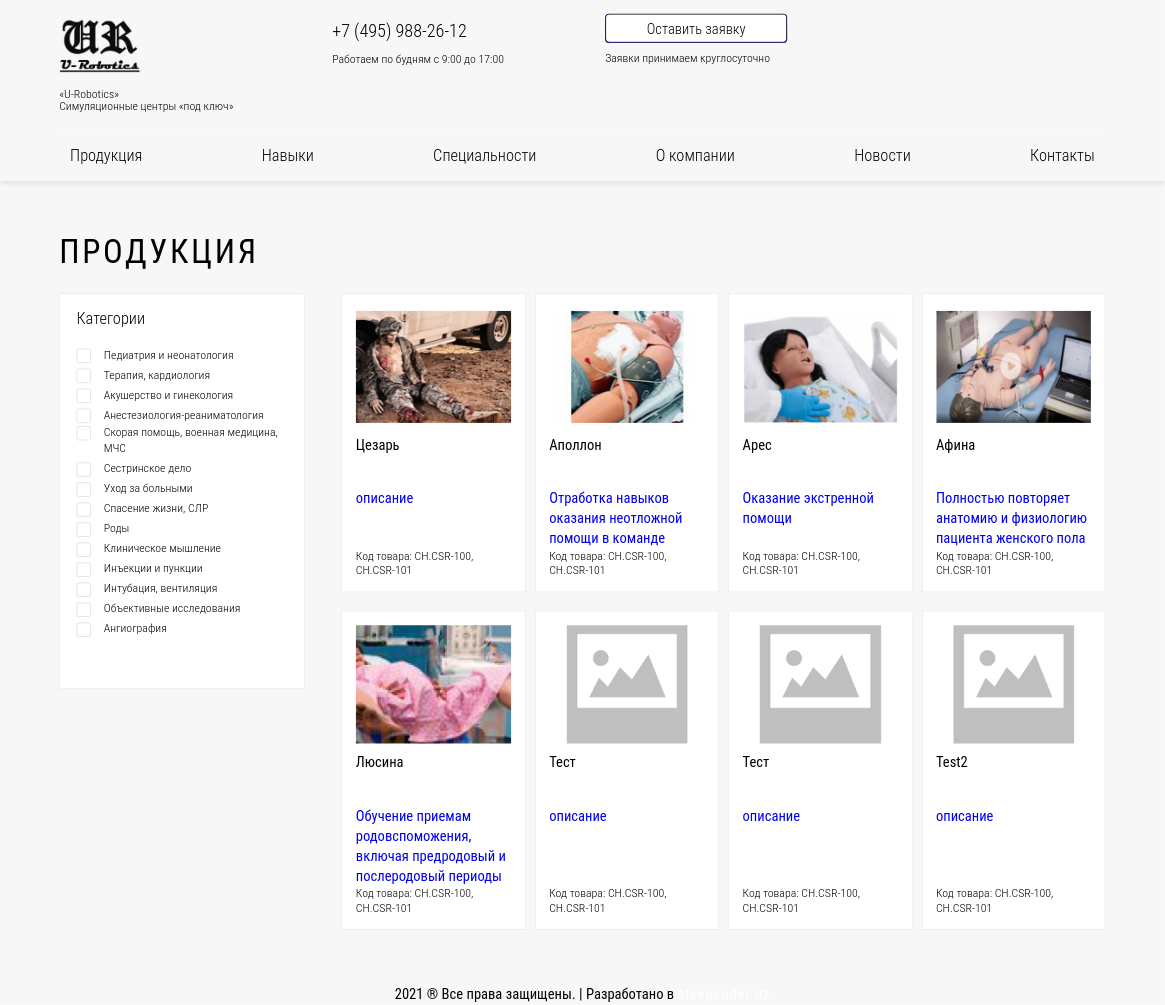
Repository: remrtehno/hotel
Page: http://localhost/products
An editor plug-in stored every save of this project. The page is shown before and after a run of saves, followed by the edit.
The browser window is 1280 px wide. The pictures show the whole page, at 91% of full size.
Some web fonts or font styles are not loaded; a fallback is used. The page is served by the project's Laravel application, run on PHP 8.4 with Laravel 8. Other server files are loaded and not shown. The database holds what the project's SQL file puts in it.

Above is the page before, as saved 2021-04-23 20:11:34.

### routes/web.php
<?php

/*
|--------------------------------------------------------------------------
| Web Routes
|--------------------------------------------------------------------------
|
| Here is where you can register web routes for your application. These
| routes are loaded by the RouteServiceProvider within a group which
| contains the "web" middleware group. Now create something great!
|
*/

Route::get('/', "MainController@index")->name("index");
Route::get('/catalog', "MainController@catalog")->name("catalog");
Route::get('/products', "MainController@products")->name("products");
Route::get('/category/{slug}', "MainController@category")->name("category");
Route::get('/detail/{slug}', "MainController@detail")->name("detail");
Route::get('/newsdetail/{slug}', "MainController@newsdetail")->name("newsdetail");
Route::get('/gallery', "MainController@gallery")->name("gallery");
Route::get('/news', "MainController@news")->name("news");
Route::get('/about', "MainController@about")->name("about");
Route::get('/video', "MainController@video")->name("video");
Route::get('/contact', "MainController@contact")->name("contact");
Route::get('/stocks', "MainController@stocks")->name("stocks");
Route::get('/services', "MainController@services")->name("services");
Route::get('/servicesdetail/{id}', "MainController@servicesdetail")->name("servicesdetail");




Route::group(['prefix'=>'admin','namespace'=>'Admin','middleware'=>'auth'], function(){

    Route::get('/', 'MainController@index');
    Route::resource('/post','ProductController');
    Route::resource('/category','CategoryController');
    Route::resource('/slider','SliderController');
    Route::resource('/services','ServicesController');
    Route::resource('/about','AboutController');
    Route::resource('/news','NewsController');
    Route::resource('/video','VideoController');
    Route::resource('/contact','ContactController');
    Route::resource('/logo','LogoController');
    Route::resource('/stock','StockController');
});

Auth::routes();

Route::get('/home', 'HomeController@index')->name('home');

### app/ProdCat.php
<?php
namespace App;

use Cviebrock\EloquentSluggable\Sluggable;
use Illuminate\Database\Eloquent\Model;
use Illuminate\Support\Facades\Storage;
use Intervention\Image\Facades\Image;

class ProdCat extends Model
{
    use Sluggable;
    protected $table = "prod_cats";
    protected $fillable = ['title', 'img'];

    public function products()
    {
        return $this->hasMany("App\Product");
    }

    public static function add($fields)
    {
        $cat = new static;
        $cat->fill($fields);
        $cat->save();
        return $cat;
    }

    public function edit($fields)
    {
        $this->fill($fields);
        $this->save();
    }

    public function uploadImage($image)
    {
        if ($image == null) {
            return;
        }




        $this->removeImage();
        $filename = str_random(10) . '.' . $image->extension();
        $pat = public_path('/uploads/categories/'.$filename);
        ini_set('memory_limit', '256M');
        $img = Image::make($image);
        $img->backup();
        $img->fit(125, 100)->save($pat, 90);
        $img->reset();
        $img->backup();
        $this->img = $filename;
        $this->save();
    }


    public function getImage()
    {
        if ($this->img == null) {
            return '/uploads/categories/no-image.jpg';
        }
        return '/uploads/categories/' . $this->img;
    }


    public function removeImage()
    {
        if ($this->img != "") {
            Storage::delete('/uploads/categories/' . $this->img);
        }
    }

    public static function getCategory()
    {
        $cat = self::all();
        return $cat;
    }

    public function sluggable(): array
    {
        return [
            'slug' => [
                'source' => 'title'
            ]
        ];
    }
}

### resources/views/products/index.blade.php
@extends("main.main")



@section('content')

    <br>
    <br>
    <div class="container">
        <div class="page-title">
            <h1>Продукция</h1>
        </div>

        <div class="content">
            <aside class="sidebar">
                <!-- BEGIN FILTER -->
                <form class="filter" action="">
                    <!-- Sort Fields -->
                    <input type="hidden" name="sortby" value="menuindex">
                    <input type="hidden" name="sortdir" value="ASC">
                    <!-- Sort End -->


                    <div class="filter__section">
                        <p class="filter__title">Категории</p>

                        @foreach ($cat as $item)

                            <a href="{{ route('category', ['slug' => $item->slug]) }}" class="form__checkbox">
                                <label for="check32">
                                    <span>{{ $item->title }}</span>
                                </label>
                            </a>

                        @endforeach




                    </div>


                </form>
                <!-- END FILTER -->
            </aside>
            <!-- BEGIN PRODUCTS -->
            <div class="products">

                @foreach ($products as $item)
                    <a class="products__item" href="{{ route('detail', ['slug' => $item->slug]) }}">
                        <div class="products__img">
                            <img src="{{ $item->getImage() }}" alt="{{ $item->getImage() }}">
                        </div>
                        <p class="products__name">{{ $item->title }}</p>
                        <p class="products__desc">{!! str_limit($item->anonce, 350) !!}</p>
                        <p class="products__code">Код товара: CH.CSR-100, CH.CSR-101</p>
                    </a>

                @endforeach
            </div>

            <!-- END PRODUCTS -->
        </div>



    @endsection

### resources/views/main/main.blade.php
<!DOCTYPE html>
<html lang="en-US">

<head>
    <meta charset="UTF-8" />
    <meta name="viewport" content="width=device-width, initial-scale=1, maximum-scale=1">
    <meta name="keywords" content="{{ $meta_key }}">
    <meta name="description" content="{{ $meta_desc }}">


    <link rel="preconnect" href="https://fonts.gstatic.com">
    <link
        href="https://fonts.googleapis.com/css2?family=Roboto+Condensed:ital,wght@0,300;0,400;0,700;1,300&display=swap"
        rel="stylesheet">
    <link rel="icon" type="image/png" href="">
    <link href="css/slick.css" rel="stylesheet">
    <link href="css/slicknav.css" rel="stylesheet">
    <link href="css/jquery.fancybox.min.css" rel="stylesheet">
    <link href="css/styles.min.css" rel="stylesheet">
    <link href="css/template170321.css" rel="stylesheet">
    <link rel="stylesheet" href="css/style-new.css">

    <!--[if IE 8]>
    <link rel="stylesheet" type="text/css"
          href="/public/fazka/css/vc-ie8.css" media="screen">
    <![endif]-->
</head>



@include("lib.header")

<main>
    @yield("slider")




    @yield("userwrap")


    @yield("content")



</main>

    <!-- /.container -->
    <div class="copyright" style="text-align: center;">
        2021 ® Все права защищены.
        | Разработано в <a style="display: inline; color: white; letter-spacing: 1px;"
            href="http://steepcoder.uz/site">steepcoder.uz</a>
    </div>
    <!-- /.copyright -->
</footer>






<script src="js/jquery.3.2.1.min.js"></script>


<script src="js/svg4everybody.min.js"></script>
<script src="js/slick.min.js"></script>
<script src="js/jquery.slicknav.js"></script>
<script src="js/scripts.js"></script>

</body>

</html>

### resources/views/lib/header.blade.php
<header>
  <div class="container">
      <!-- BEGIN HEADERBAR-->
      <div class="headerbar">
          <div class="headerbar__row">
              <div class="headerbar__logo">
                  <a href="">
                      <img src="/uploads/logo/logo.png" alt="">
                      <p>«U-Robotics» <br> Симуляционные центры «под ключ»</p>
                  </a>
              </div>
              <div class="headerbar__info">
                  <a class="headerbar__tel" href="tel:74959882612">+7 (495) 988-26-12</a>
                  <p>Работаем по будням с 9:00 до 17:00</p>
              </div>
              <div class="headerbar__request">
                  <a class="js-modal-show" data-target="js-request"><span>Оставить заявку</span></a>

                  <p>Заявки принимаем круглосуточно</p>
              </div>
          </div>
      </div>
      <!-- END HEADERBAR -->
      <!-- BEGIN NAVBAR -->
      <nav class="navbar wr">
          <div class="slicknav_menu"><a href="#" aria-haspopup="true" role="button" tabindex="0" class="slicknav_btn slicknav_collapsed"><span class="slicknav_menutxt"></span><span class="slicknav_icon slicknav_no-text"><span class="slicknav_icon-bar"></span><span class="slicknav_icon-bar"></span><span class="slicknav_icon-bar"></span></span></a>
              <ul class="slicknav_nav slicknav_hidden" aria-hidden="true" role="menu" style="display: none;">
                  <li><a href="produkciya.html" role="menuitem" tabindex="-1">Продукция</a></li>
                  <li><a href="navyki.html" role="menuitem" tabindex="-1">Навыки</a></li>
                  <li><a href="specialnosti.html" role="menuitem" tabindex="-1">Специальности</a></li>
                  <li><a href="o-kompanii.html" role="menuitem" tabindex="-1">О компании</a></li>
                  <li><a href="novosti.html" role="menuitem" tabindex="-1">Новости</a></li>
                  <li><a href="kontakty.html" role="menuitem" tabindex="-1">Контакты</a></li>
              </ul>
          </div>
          <ul class="navbar__menu">
              <li><a href="produkciya.html">Продукция</a></li>
              <li><a href="navyki.html">Навыки</a></li>
              <li><a href="specialnosti.html">Специальности</a></li>
              <li><a href="o-kompanii.html">О компании</a></li>
              <li><a href="novosti.html">Новости</a></li>
              <li><a href="kontakty.html">Контакты</a></li>
          </ul>
      </nav>
      <!-- END NAVBAR  -->
  </div>
</header>

### public/css/template170321.css
.page-title h1 {
	text-transform: uppercase;
	font-size: 36px;
	letter-spacing: 3px;
}

.has-error {
	border: 1px solid red!important;
}

.search_title {
	padding: 10px 10px 10px 16px;
	background-color: #fff;
}

.search_title a {
	color: #5e42fc;
	border-bottom: 1px solid rgba(143, 11, 11, .2);
	-webkit-transition: all .3s linear;
	transition: all .3s linear;
	font-size: 18px;
	font-weight: 300;
}

.search_extract {
	padding: 0px 10px 10px 16px;
	background-color: #fff;
}

.evoSearch_info {
	padding: 15px 10px 15px 16px;
	background-color: #fff;
	margin-bottom: 20px;
	font-size: 20px;
}

.js-modal-show {
	cursor: pointer;
}

.other-feedback {
	margin-top: 20px;
}

.product__txt a {
	color: #5e42fc;
	border-bottom: 1px solid #5e42fc;
	-webkit-transition: all .3s linear;
	transition: all .3s linear;
	font-size: 18px;
	font-weight: 300;
}

.filter__hidden,
.form__checkbox {
	transition: all .3s linear;
}

.product__header-center {
	box-sizing: border-box;
	margin-left: 25px;
	margin-right: 25px;
	word-wrap: break-word;
}

.product__txt ul li {
	list-style-type: disc;
	list-style-position: outside;
	margin-left: 20px;
}

.product__txt ol li {

}

.product__txt ol {
	padding-left: inherit;
}
.banner__caption {
	display: flex;
	align-items: center;
	justify-content: center;
	padding-top: initial;
	top: -20px;
}
.banner__txt{
	font-size: 35px;
}

.news__desc h3 {
    min-height: 90px;
}

.social ul {
    margin: 30px 0 0;
    padding: 0;
    list-style: none;
    display: -webkit-box;
    display: -ms-flexbox;
    display: flex;
    -webkit-box-align: center;
    -ms-flex-align: center;
    align-items: center;
    -webkit-box-pack: end;
    -ms-flex-pack: end;
    justify-content: start;
}
.social ul li:first-child {
    margin-left: 0;
}
.social ul li {
    margin-left: 25px;
}
.social ul li a {
    display: block;
    width: 26px;
    height: 21px;
}
.social ul li a svg {
    width: 100%;
    height: 100%;
    fill: #5e42fc;
    -webkit-transition: .3s linear;
    transition: .3s linear;
}
.social ul li a:hover svg {
    fill: #5e42fc;
		opacity: 0.7;
}

.contacts__map {
    height: 270px;
}

@media screen and (max-width: 1199px){
	.banner__txt {
		font-size: 38px;

	}
	.social ul {
    -webkit-box-pack: center;
    -ms-flex-pack: center;
    justify-content: center;
}
}

@media screen and (max-width: 991px){
	.banner__txt {

		font-size: 32px;
	}
}

### med.sql (the tables this page reads)
CREATE TABLE `prod_cats` (
  `id` bigint(20) UNSIGNED NOT NULL,
  `title` varchar(255) COLLATE utf8mb4_unicode_ci NOT NULL,
  `description` text COLLATE utf8mb4_unicode_ci,
  `slug` varchar(255) COLLATE utf8mb4_unicode_ci NOT NULL,
  `img` varchar(255) COLLATE utf8mb4_unicode_ci DEFAULT NULL,
  `created_at` timestamp NULL DEFAULT NULL,
  `updated_at` timestamp NULL DEFAULT NULL
) ENGINE=InnoDB DEFAULT CHARSET=utf8mb4 COLLATE=utf8mb4_unicode_ci;

INSERT INTO `prod_cats` (`id`, `title`, `description`, `slug`, `img`, `created_at`, `updated_at`) VALUES
(11, 'Педиатрия и неонатология', 'Устройства симуляционного тренинга манипуляций', 'pediatriya-i-neonatologiya', 'bHttbdCGXs.jpeg', '2021-04-23 09:37:29', '2021-04-25 06:22:41'),
(12, 'Терапия, кардиология', 'Отработка манипуляций на тренажерах в виртуальной среде', 'terapiya-kardiologiya', '9uSVAquh1c.jpeg', '2021-04-23 09:37:34', '2021-04-25 06:23:09'),
(13, 'Акушерство и гинекология', 'Симуляторы в очках виртуальной реальности', 'akusherstvo-i-ginekologiya', 'jF5b13Czh1.jpeg', '2021-04-23 09:37:42', '2021-04-25 06:23:27'),
(14, 'Анестезиология-реаниматология', 'Управление учебным центром и учебным процессом', 'anesteziologiya-reanimatologiya', 'callUKgj8K.jpeg', '2021-04-23 09:37:50', '2021-04-25 06:24:02'),
(15, 'Скорая помощь, военная медицина, МЧС', 'Медицинские манекены взрослых пациентов, рожениц и детей', 'skoraya-pomoshch-voennaya-medicina-mchs', 'oCOdK18V3r.jpeg', '2021-04-23 09:37:57', '2021-04-25 06:24:13'),
(16, 'Сестринское дело', 'Анатомические модели органов и тканей', 'sestrinskoe-delo', 'NgLumstyjt.jpeg', '2021-04-23 09:38:04', '2021-04-25 05:44:42'),
(18, 'Уход за больными', 'Фантомы органов и тканей', 'uhod-za-bolnymi', 'TtBiti0xoS.jpeg', '2021-04-23 09:38:20', '2021-04-25 06:26:40'),
(19, 'Спасение жизни, СЛР', 'Устройства, имитирующие реальное медицинское оборудование', 'spasenie-zhizni-slr', '4bxGdBApvM.jpeg', '2021-04-23 09:38:26', '2021-04-25 06:27:41'),
(20, 'Роды', 'Отработка манипуляций на тренажерах в виртуальной среде', 'rody', 'q3GVwx12QT.png', '2021-04-23 09:38:38', '2021-04-25 06:29:36'),
(21, 'Клиническое мышление', NULL, 'klinicheskoe-myshlenie', NULL, '2021-04-23 09:38:45', '2021-04-23 09:38:45'),
(22, 'Инъекции и пункции', NULL, 'inekcii-i-punkcii', NULL, '2021-04-23 09:38:52', '2021-04-23 09:38:52'),
(23, 'Интубация, вентиляция', NULL, 'intubaciya-ventilyaciya', NULL, '2021-04-23 09:39:00', '2021-04-23 09:39:00'),
(24, 'Объективные исследования', NULL, 'obektivnye-issledovaniya', NULL, '2021-04-23 09:39:07', '2021-04-23 09:39:07'),
(25, 'Ангиография', NULL, 'angiografiya', NULL, '2021-05-05 02:16:12', '2021-05-05 02:16:12');

ALTER TABLE `prod_cats`
  ADD PRIMARY KEY (`id`);

ALTER TABLE `prod_cats`
  MODIFY `id` bigint(20) UNSIGNED NOT NULL AUTO_INCREMENT, AUTO_INCREMENT=26;

CREATE TABLE `products` (
  `id` bigint(20) UNSIGNED NOT NULL,
  `title` varchar(255) COLLATE utf8mb4_unicode_ci NOT NULL,
  `anonce` varchar(255) COLLATE utf8mb4_unicode_ci NOT NULL,
  `text` longtext COLLATE utf8mb4_unicode_ci NOT NULL,
  `cat_id` int(11) DEFAULT NULL,
  `spec_id` int(11) DEFAULT NULL,
  `skill_id` int(11) DEFAULT NULL,
  `slug` varchar(255) COLLATE utf8mb4_unicode_ci DEFAULT NULL,
  `img` varchar(255) COLLATE utf8mb4_unicode_ci DEFAULT NULL,
  `created_at` timestamp NULL DEFAULT NULL,
  `updated_at` timestamp NULL DEFAULT NULL,
  `meta_desc` text COLLATE utf8mb4_unicode_ci,
  `meta_key` text COLLATE utf8mb4_unicode_ci
) ENGINE=InnoDB DEFAULT CHARSET=utf8mb4 COLLATE=utf8mb4_unicode_ci;

INSERT INTO `products` (`id`, `title`, `anonce`, `text`, `cat_id`, `spec_id`, `skill_id`, `slug`, `img`, `created_at`, `updated_at`, `meta_desc`, `meta_key`) VALUES
(195, 'Цезарь', '<p>описание</p>', '<div class=\"product__txt\">\r\n<p>Беспроводное управление позволит использовать робот-симулятор Афина как в учебной аудитории, так и за ее пределами. Модель физиологии Афины разработана с учетом особенностей женского организма. За счет улучшенной модели дыхательной системы Афина может автоматически реагировать на механическую вентиляцию легких, триггер аппарата ИВЛ и демонстрировать повышенный пик давления на вдохе. В программу также встроены метрики проведения СЛР, которые позволят оценить правильность и эффективность реанимационных мероприятий.<img alt=\"\" src=\"/img/athenabeautyprint.jpeg\" style=\"height:325px; width:600px\" /></p>\r\n\r\n<p>&nbsp;</p>\r\n\r\n<p>&nbsp;</p>\r\n\r\n<p>&nbsp;</p>\r\n</div>\r\n\r\n<h3>Функциональные особенности</h3>\r\n\r\n<div class=\"product__txt product__txt--two\">\r\n<h4>Дыхательная система:</h4>\r\n\r\n<ul>\r\n	<li>Спонтанное дыхание</li>\r\n	<li>Артикуляция шеи</li>\r\n	<li>Артикулируемая нижняя челюсть</li>\r\n	<li>Односторонние и двусторонние экскурсии грудной клетки, синхронизированные с вентиляцией (спонтанной и механической)</li>\r\n	<li>Анатомически верные верхние дыхательные пути</li>\r\n	<li>Ларингоскопия и оральная интубация (ларингеальные маски, ЭТТ, орофарингеальные воздуховоды)</li>\r\n	<li>Вентиляция дыхательным мешком</li>\r\n	<li>Симметричная и асимметричная вентиляция легких</li>\r\n	<li>Механическая вентиляция и различные режимы вентиляции (CMV, SIMV)</li>\r\n	<li>Эффективность вентиляции отражается в концентрациях альвеолярных и артериальных газов</li>\r\n</ul>\r\n\r\n<h4>Сердечно-сосудистая система:</h4>\r\n\r\n<ul>\r\n	<li>Билатеральный пульс на сонных, лучевых, радиальных и артериях стоп синхронизирован с сердечным циклом</li>\r\n	<li>Измерение АД билатерально путем аускультации и пальпации</li>\r\n	<li>Кардиостимуляция и дефибрилляция</li>\r\n	<li>ЭКГ по 12 отведениям</li>\r\n	<li>Использование реального ЭКГ монитора</li>\r\n	<li>В/в инъекции билатерально</li>\r\n</ul>\r\n\r\n<h4>СЛР:</h4>\r\n\r\n<ul>\r\n	<li>Детектор правильности положения рук</li>\r\n	<li>Анализ СЛР</li>\r\n</ul>\r\n\r\n<h4>Нервная система:</h4>\r\n\r\n<ul>\r\n	<li>Реакция зрачков на свет</li>\r\n	<li>Моргание и закрывание век</li>\r\n	<li>Судороги ассоциированы с учащенным морганием и сотрясанием рук</li>\r\n</ul>\r\n\r\n<h4>Выделительная система:</h4>\r\n\r\n<ul>\r\n	<li>Катетеризация мочевого пузыря</li>\r\n	<li>Выделение мочи</li>\r\n</ul>\r\n\r\n<h4>Звуки:</h4>\r\n\r\n<ul>\r\n	<li>Записанные звуки и речь, использование собственных звуков по беспроводному микрофону</li>\r\n	<li>Звуки сердца, кишечника и дыхания (спереди и сзади) управляются независимо (тип и громкость)</li>\r\n	<li>Звуки дыхания (свистящее и затрудненное) слышны</li>\r\n</ul>\r\n</div>\r\n\r\n<h3>Базовые клинические сценарии</h3>\r\n\r\n<div class=\"product__txt\">\r\n<ol>\r\n	<li>Обострение хронической сердечной недостаточности</li>\r\n	<li>Острый респираторный дистресс-синдром</li>\r\n	<li>Поражение мозга с тромболитической терапией</li>\r\n	<li>Сепсис с гипотонией</li>\r\n	<li>Автомобильная авария и гиповолемический шок</li>\r\n</ol>\r\n\r\n<h4>&nbsp;</h4>\r\n</div>\r\n\r\n<h3>Дополнительная информация</h3>\r\n\r\n<div class=\"product__txt\">\r\n<p><a href=\"assets/files/roboty-simulyatory/afina/afina.pdf\">Презентация &quot;Афина, робот-симулятор женщины VI класса реалистичности&quot;</a></p>\r\n</div>', 12, NULL, NULL, 'cezar', 'wP4QEi3eRV.jpeg', '2021-04-23 09:49:09', '2021-04-23 10:42:58', NULL, NULL),
(197, 'Аполлон', '<p>Отработка навыков оказания неотложной помощи в команде</p>', '<p>Полный текст</p>', 11, NULL, NULL, 'apollon', 'PQxkRKZvLn.jpeg', '2021-04-23 09:49:52', '2021-04-23 10:15:41', NULL, NULL),
(198, 'Арес', '<p>Оказание экстренной помощи</p>', '<p>Полный текст</p>', 16, NULL, NULL, 'ares', 'f09aWBqY9e.png', '2021-04-23 09:50:10', '2021-04-23 10:15:56', NULL, NULL),
(199, 'Афина', '<p>Полностью повторяет анатомию и физиологию пациента женского пола</p>', '<p>Полный текст</p>', 19, NULL, NULL, 'afina', 'pN6y28jNBW.jpeg', '2021-04-23 09:50:30', '2021-04-23 10:16:29', NULL, NULL),
(200, 'Люсина', '<p>Обучение приемам родовспоможения, включая предродовый и послеродовый периоды</p>', '<p>Полный текст</p>', 20, NULL, NULL, 'lyusina', 'eW07WMajle.jpeg', '2021-04-23 09:51:21', '2021-04-23 09:51:42', NULL, NULL),
(201, 'Тест', '<p>описание</p>', '<p>Полный текст</p>', 11, NULL, NULL, 'test', NULL, '2021-05-05 03:10:15', '2021-05-05 03:10:15', NULL, NULL),
(202, 'Тест', '<p>описание</p>', '<p>Полный текст</p>', 11, 28, 27, 'test-1', NULL, '2021-05-05 03:10:26', '2021-05-05 03:12:35', NULL, NULL),
(203, 'Test2', '<p>описание</p>', '<p>Полный текст</p>', 14, 25, 31, 'test2', NULL, '2021-05-05 03:13:24', '2021-05-05 03:18:36', NULL, NULL);

ALTER TABLE `products`
  ADD PRIMARY KEY (`id`),
  ADD UNIQUE KEY `products_slug_unique` (`slug`);

ALTER TABLE `products`
  MODIFY `id` bigint(20) UNSIGNED NOT NULL AUTO_INCREMENT, AUTO_INCREMENT=204;

Loaded but not shown: app/Providers/AppServiceProvider.php (common file); app/Http/Controllers/Auth/LoginController.php (common file); app/Http/Controllers/Controller.php (common file); public/css/slick.css (common file); public/css/slicknav.css (common file); public/css/jquery.fancybox.min.css (library); public/css/styles.min.css (library); public/js/jquery.3.2.1.min.js (library); public/js/svg4everybody.min.js (common file); public/js/slick.min.js (library); public/js/jquery.slicknav.js (library); public/js/scripts.js (128 lines, source omitted); app/Http/Controllers/MainController.php (201 lines, source omitted); app/Product.php (136 lines, source omitted); public/css/style-new.css (210 lines, source omitted)

After the next 2 saves:
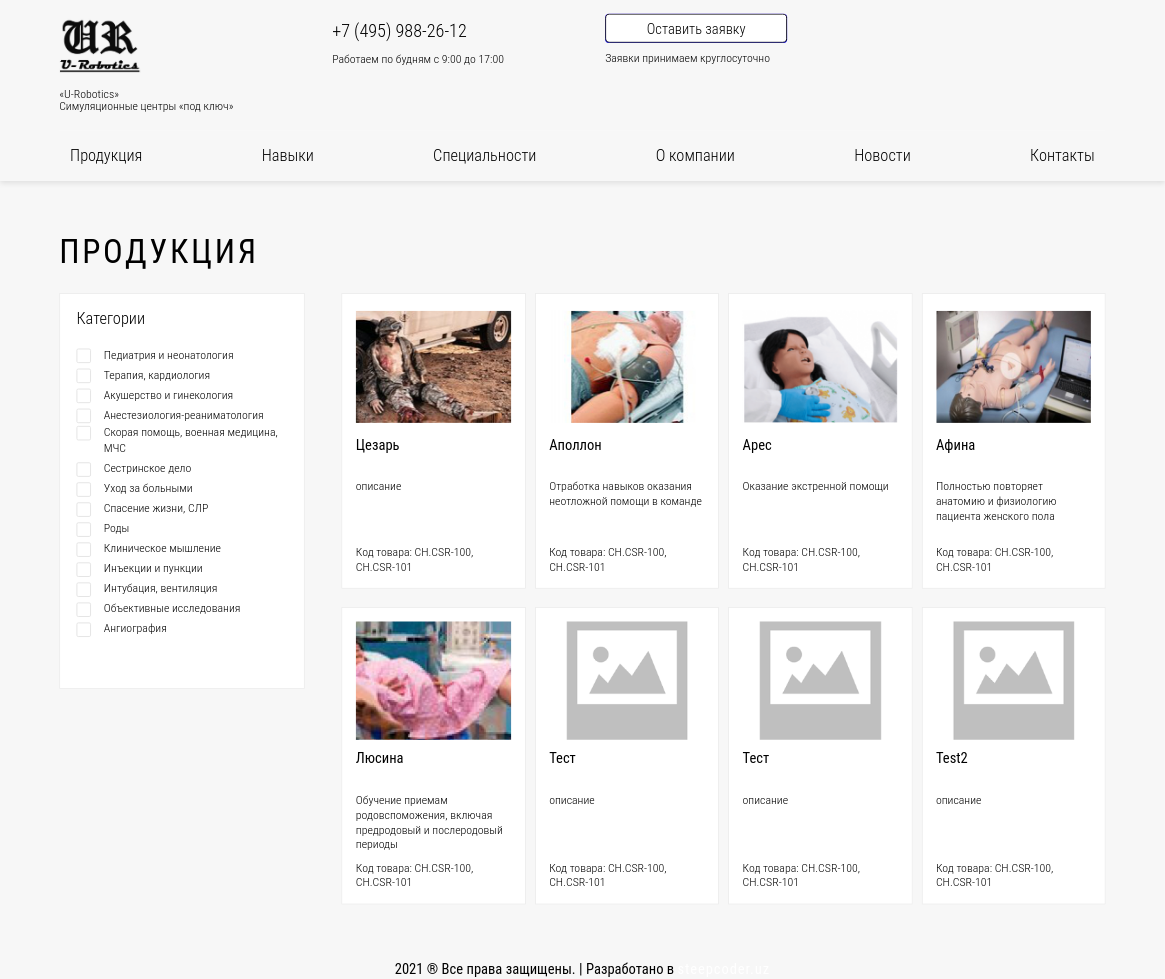
The 2 saves are shown as one change because they came seconds apart.
The last was saved 33 s later.
--- a/resources/views/products/index.blade.php
+++ b/resources/views/products/index.blade.php
@@ -52,7 +52,7 @@
                             <img src="{{ $item->getImage() }}" alt="{{ $item->getImage() }}">
                         </div>
                         <p class="products__name">{{ $item->title }}</p>
-                        <p class="products__desc">{!! str_limit($item->anonce, 350) !!}</p>
+                        <div class="products__desc">{!! str_limit($item->anonce, 350) !!}</div>
                         <p class="products__code">Код товара: CH.CSR-100, CH.CSR-101</p>
                     </a>
 
